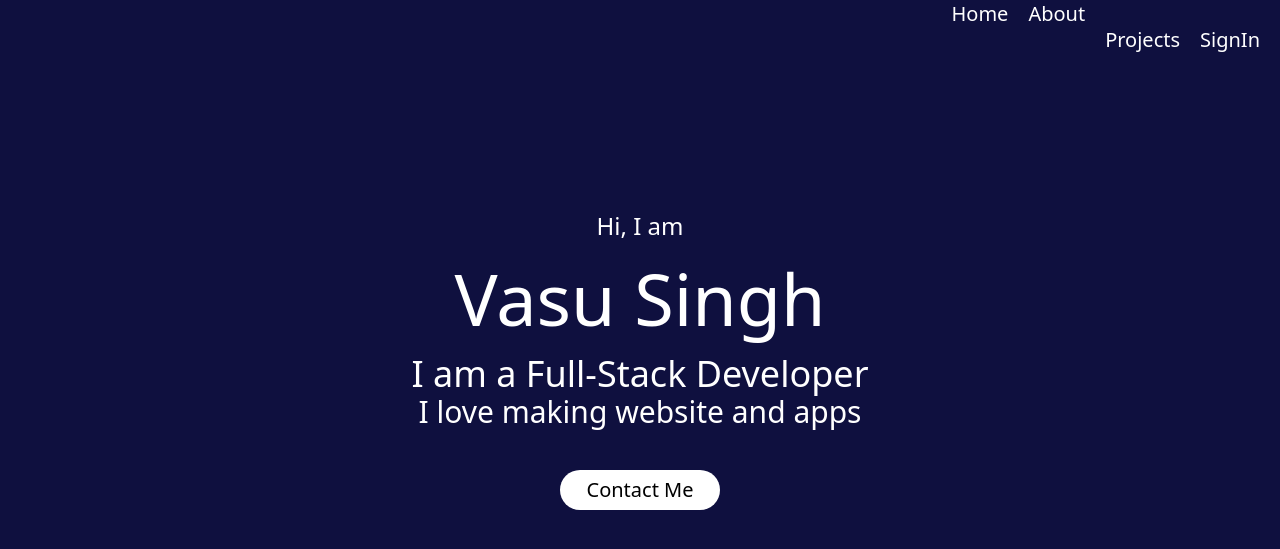
Repository: vasucp1207/vasuDev
Page: /
An editor plug-in stored every save of this project. The page is shown before and after a run of saves, followed by the edit.
The browser window is 1280 px wide. The pictures show the whole page.
The project was rebuilt for these pictures with package versions that can differ from the ones it lists, and the page was loaded fresh each time. The framework's server and built-in components were replaced by stand-ins that run in the browser. Also part of the build but not shown: next.config.js.

Above is the page before, as saved 2022-07-17 23:30:10.

After the next 6 saves:
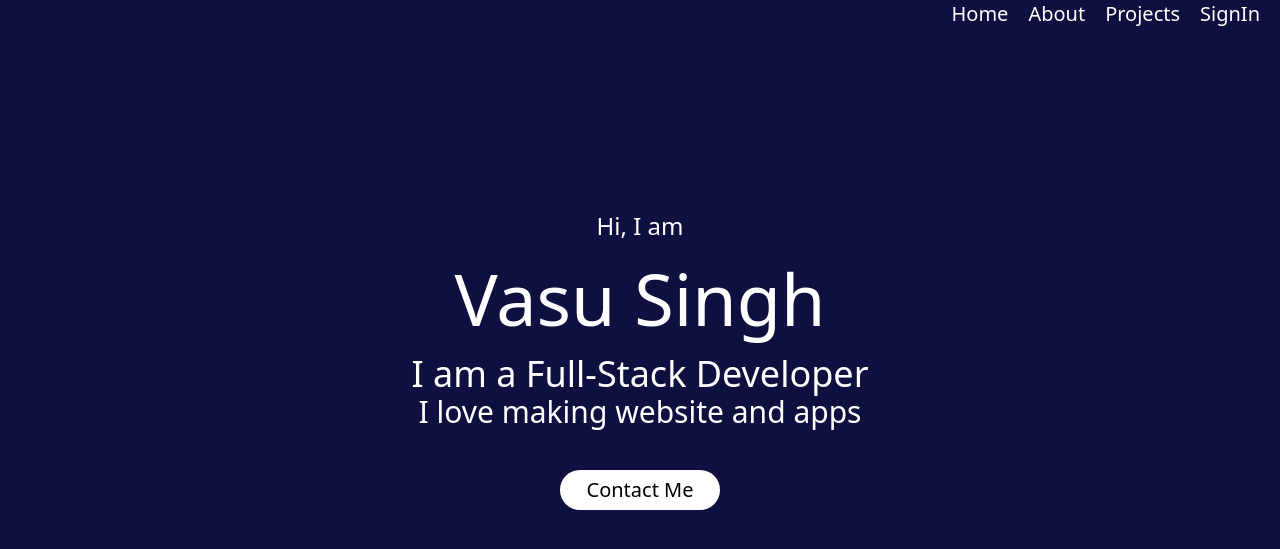
The 6 saves are shown as one change because they came seconds apart.
The last was saved 15 s later.
--- a/pages/Navbar.tsx
+++ b/pages/Navbar.tsx
@@ -6,8 +6,8 @@ function Navbar() {
         <div className='h-full flex space-x-5 text-xl font-normal mr-5 items-center'>
             <p className='h-full hover:bg-gray-100 cursor-pointer'>Home</p>
             <p className='h-full hover:bg-gray-100 cursor-pointer'>About</p>
-            <p className='hover:bg-gray-100 cursor-pointer'>Projects</p>
-            <p className='hover:bg-gray-100 cursor-pointer'>SignIn</p>
+            <p className='h-full hover:bg-gray-100 cursor-pointer'>Projects</p>
+            <p className='h-full hover:bg-gray-100 cursor-pointer'>SignIn</p>
         </div>
     </div>
   )
